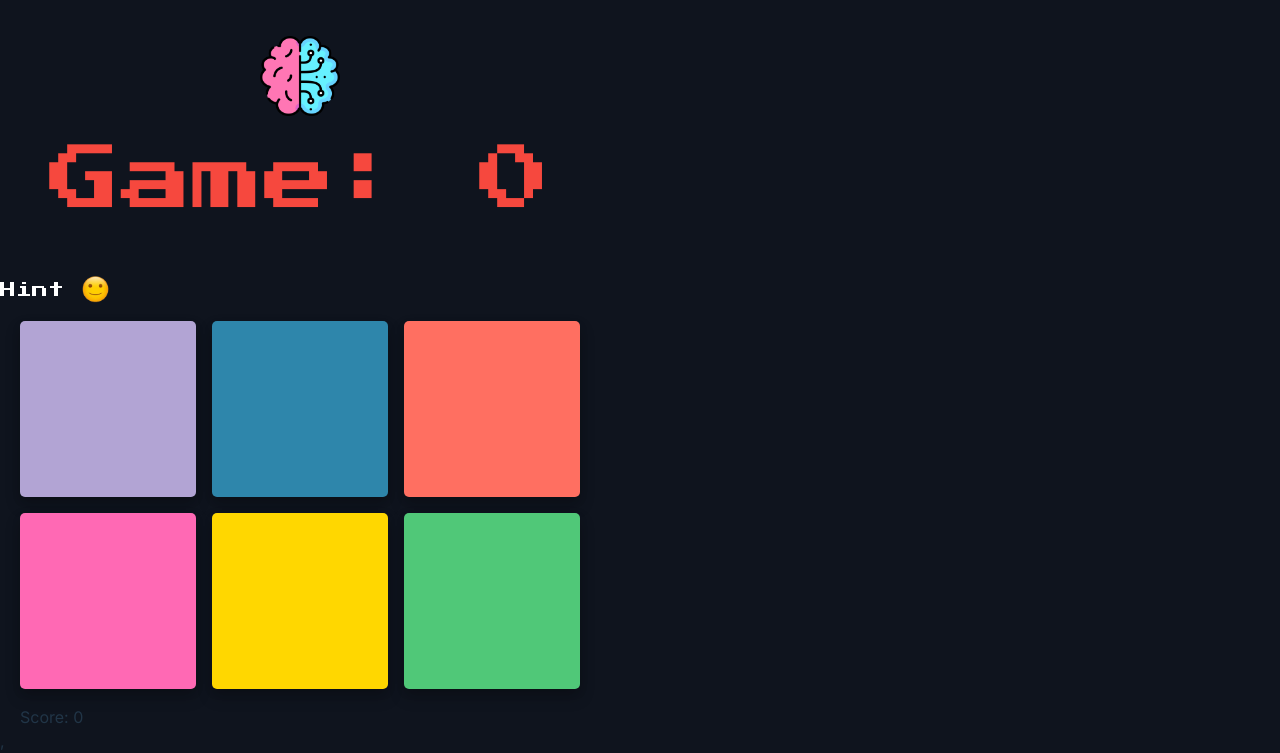
Repository: Shenixo/Color_match_game
Page: /game_play
An editor plug-in stored every save of this project. The page is shown before and after a run of saves, followed by the edit.
The browser window is 1280 px wide. The pictures show the whole page.
The project was rebuilt for these pictures with package versions that can differ from the ones it lists, and the page was loaded fresh each time. Also part of the build but not shown: vite.config.js, src/Components/Tab/Tab.css, src/Components/Tab/Tab.jsx, src/Pages/Home/Home.jsx, src/Pages/Rules/Rules.css, src/Pages/Rules/Rules.jsx, src/Pages/Sound/Sound.jsx, src/Components/ChosenColorDisplay/ChosenColorDisplay.jsx. Imported but missing from the stored project, and not drawn on this page: src/assets/button_clicks.wav, src/assets/game_theme_sound.mp4.

Above is the page before, as saved 2025-02-04 02:18:06.

### index.html
<!DOCTYPE html>
<html lang="en">
  <head>
    <meta charset="UTF-8" />
    <link rel="icon" type="image/svg+xml" href="/vite.svg" />
    <meta name="viewport" content="width=device-width, initial-scale=1.0" />
    <link rel="preconnect" href="https://fonts.googleapis.com" />
    <link rel="preconnect" href="https://fonts.gstatic.com" crossorigin />
    <link rel="preconnect" href="https://fonts.googleapis.com">
<link rel="preconnect" href="https://fonts.gstatic.com" crossorigin>
<link href="https://fonts.googleapis.com/css2?family=Inter:ital,opsz,wght@0,14..32,100..900;1,14..32,100..900&family=Poppins:ital,wght@0,100;0,200;0,300;0,400;0,500;0,600;0,700;0,800;0,900;1,100;1,200;1,300;1,400;1,500;1,600;1,700;1,800;1,900&family=Press+Start+2P&display=swap" rel="stylesheet">
    <title>Color Match</title>
  </head>
  <body>
    <div id="root"></div>
    <script type="module" src="/src/main.jsx"></script>
  </body>
</html>

### src/App.jsx
import { Route, Routes } from "react-router-dom";
import "./App.css";
import Home from "./Pages/Home/Home";
import Rules from "./Pages/Rules/Rules";
import Sound from "./Pages/Sound/Sound";
import GamePlay from "./Pages/GamePlay/GamePlay";

function App() {
  return (
    <div>
      <Routes>
        <Route path="/" element={<Home />} />
        <Route path="/game_play" element={<GamePlay/>}/>
        <Route path="/rules" element={<Rules />} />
        <Route path="/sound" element={<Sound />} />
      </Routes>
    </div>
  );
}

export default App;

### src/App.css
*{
  padding: 0;
  margin: 0;
  box-sizing: border-box;
  font-family: "Inter", serif;
}
body{
  background: #0f141e;
}

### src/Pages/GamePlay/GamePlay.jsx
import {Card, listenForScoreUpdates } from "../../Components/Card/Card"
import Title from "../../Components/Title/Title"
import "./GamePlay.css"
import ScoreNdColorBox from "../../Components/ScoreNdColorBox/ScoreNdColorBox"
import { useEffect, useState } from "react"

const GamePlay = () => {
  const [score, setScore] = useState(0);
  useEffect(() => {
    listenForScoreUpdates(setScore);
  }, []);
  return (
    <div>
      <div className="container">
        <Title content={`Game: ${score}`} />
        <div className="game-tab">
        <ScoreNdColorBox/>
        </div>
        <Card/>
      </div>
    </div>
  )
}

export default GamePlay

### src/Components/Title/Title.jsx
/* eslint-disable react/prop-types */
import "./Title.css"
import brain from "../../assets/brain.png"
import { Link } from "react-router-dom"
import { TabClick } from "../../Components/Sound/Sound";
const Title = ({content}) => {
  return (
    <div className="title">
          <h1>{content}</h1>
          <Link to="/">
          <img src={brain} onClick={TabClick} alt="Brain image" width={80} />
          </Link>
    </div>
  )
}

export default Title

### src/Pages/Home/Home.css
.home{
    width: 100%;
    max-height: 100svh;
}
.container{
    display: flex;
    align-items: center;
    justify-content: center;
    margin-top: 6%;
    flex-direction: column;
    gap: 1rem;
}

### src/Components/Sound/Sound.jsx
import Game_sound from "../../assets/game_theme_sound.mp4";
import Tab_sound from "../../assets/button_clicks.wav";

let game_theme = new Audio(Game_sound);
game_theme.loop = true;
const GameTheme = () => {
  if (game_theme.paused) {
    game_theme.play();
  } else {
    game_theme.pause();
    game_theme.currentTime = 0;
  }
};


const TabClick = () => {
  const tab_clicks = new Audio(Tab_sound)
  tab_clicks.play()
}
export { GameTheme, TabClick };

### src/Components/Card/Card.jsx
import { useState, useEffect } from "react";
import "./Card.css";
import { TabClick } from "../../Components/Sound/Sound";

const fineColors = [
  "#2E86AB",
  "#FF6F61",
  "#50C878",
  "#B2A4D4",
  "#FFD700",
  "#FF69B4",
];

let score = 0;
const setGlobalScore = (newScore) => {
  score = newScore;
  document.dispatchEvent(new CustomEvent("scoreUpdated", { detail: score }));
};

const Card = () => {
  const cardArr = Array.from({ length: 6 });
  const [shuffledColors, setShuffledColors] = useState([...fineColors]);
  const [localScore, setLocalScore] = useState(score);
  const [chosenColor, setChosenColor] = useState(null);
  const [clickEnabled, setClickEnabled] = useState(false);
  const [showHint, setShowHint] = useState(true);

  useEffect(() => {
    startNewRound();
  }, []);

  const startNewRound = () => {
    setClickEnabled(false);
    setShowHint(true);

    const randomColor = fineColors[Math.floor(Math.random() * fineColors.length)];
    setChosenColor(randomColor);

    // Dispatch the chosen color event
    document.dispatchEvent(new CustomEvent("colorChosen", { detail: randomColor }));

    setTimeout(() => {
      const shuffled = [...fineColors].sort(() => Math.random() - 0.5);
      setShuffledColors(shuffled);
      setClickEnabled(true);
      setShowHint(false);
    }, 4000);
  };

  const handleWinState = () => {
    setLocalScore((prev) => {
      const newScore = prev + 1;
      setGlobalScore(newScore);
      return newScore;
    });
  };

  const handleLoseState = () => {
    setLocalScore((prev) => {
      const newScore = prev - 1;
      setGlobalScore(newScore);
      return newScore;
    });
  };

  const handleCheckPlayerClick = (clickedIndex) => {
    if (!clickEnabled) return;

    const clickedColor = shuffledColors[clickedIndex];

    if (clickedColor === chosenColor) {
      handleWinState();
    } else {
      handleLoseState();
    }

    TabClick();
    setClickEnabled(false);

    setTimeout(() => {
      startNewRound();
    }, 1000);
  };

  return (
    <div className="card">
      {cardArr.map((_, idx) => (
        <button
          onClick={() => handleCheckPlayerClick(idx)}
          className={showHint && shuffledColors[idx] === chosenColor ? "chosen_card" : ""}
          style={{ background: shuffledColors[idx] }}
          key={idx}
          disabled={!clickEnabled}
        />
      ))}
      <p>Score: {localScore}</p>
    </div>
  );
};

export { Card, setGlobalScore };

export const listenForScoreUpdates = (callback) => {
  document.addEventListener("scoreUpdated", (event) => {
    callback(event.detail);
  });
};

### src/Pages/GamePlay/GamePlay.css
.game-tab{
    display: flex;
    align-items: center;
    justify-content: space-between;
    width: 600px;
}

### src/Components/ScoreNdColorBox/ScoreNdColorBox.jsx
import ChosenColor from "../ChosenColorDisplay/ChosenColorDisplay"
import sadEmoji from "../../assets/emoji.png"
import "./ScoreNdColorBox.css";
const ScoreNdColorBox = () => {

  return (
    <div className="score_nd_color_box">
      <div className="target_card">
        <p>Hint</p>
        <img style={{marginLeft: "-10"}} src={sadEmoji} width={30} alt="Sad emoji" />
        {/* <ChosenColor/> */}
      </div>
    </div>
  );
};

export default ScoreNdColorBox;

### src/Components/Title/Title.css
.title {
  display: flex;
  align-items: center;
  gap: 1rem;
  color: #f6483e;
  font-size: 1.4rem;
  margin-bottom: 2.5rem;
  flex-direction: column-reverse;
}
.title h1 {
  font-family: "Press Start 2P", serif;
}

### src/Components/Card/Card.css
.card {
  display: grid;
  grid-template-columns: 1fr 1fr 1fr;
  gap: 1rem;
  transition: all 0.5s ease-in-out;
  justify-content: center;
  align-items: center;
  position: relative;
}
.card button {
  width: 11rem;
  cursor: pointer;
  height: 11rem;
  border-radius: 5px;
  transition: transform 0.5s ease-in-out, opacity 0.5s ease-in-out;
  box-shadow: 0px 8px 16px rgba(0, 0, 0, 0.2), 0px 4px 8px rgba(0, 0, 0, 0.1);
  transition: .5s;
  border: none;
}
.card div:active{
  scale: .85;
}

.chosen_card {
  animation: pulse 1.2s 3 ease-in-out;
}

@keyframes pulse {
  0% {
    transform: scale(1);
  }
  50% {
    transform: scale(1.1);
  }
  100% {
    transform: scale(1);
  }
}

.card.collapse div {
  transform: scale(0.1) translate(-50%, -50%);
  opacity: 0;
}

.card.spread div {
  transform: scale(1) translate(0, 0);
  opacity: 1;
}

@media only screen and (max-width: 880px) {
  .card {
    grid-template-columns: 1fr 1fr;
  }
}

### src/Components/ScoreNdColorBox/ScoreNdColorBox.css

.random_card{
    border-radius: 5px;
    height: 2.4rem;
    width: 2.4rem;
}
.target_card{
    display: flex;
    align-items: center;
    gap: 1rem;
    font-size: 1rem;
    color: white;
}
.target_card p{
    font-family: "Press Start 2P", serif;

}

Loaded but not shown: src/main.jsx (common file); src/index.css (common file)

After the next 2 saves:
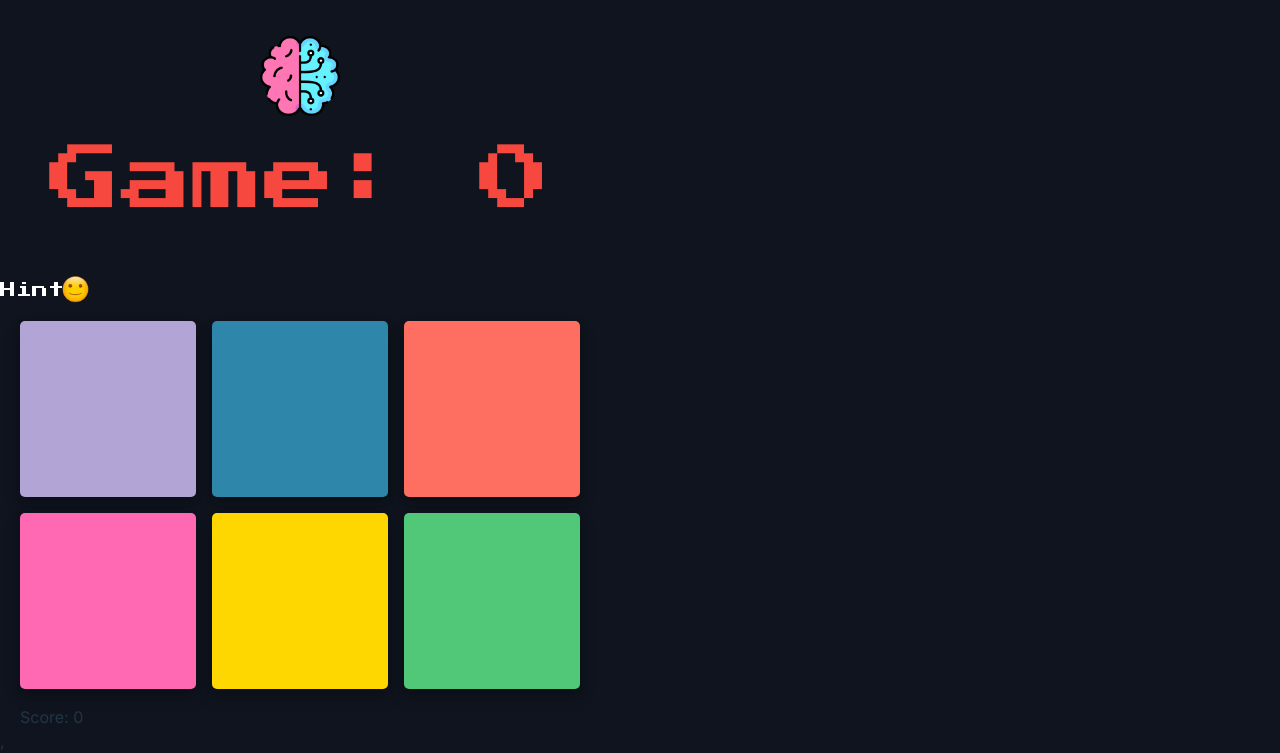
The 2 saves are shown as one change because they came seconds apart.
The last was saved 8 s later.
--- a/src/Components/ScoreNdColorBox/ScoreNdColorBox.jsx
+++ b/src/Components/ScoreNdColorBox/ScoreNdColorBox.jsx
@@ -7,7 +7,7 @@ const ScoreNdColorBox = () => {
     <div className="score_nd_color_box">
       <div className="target_card">
         <p>Hint</p>
-        <img style={{marginLeft: "-10"}} src={sadEmoji} width={30} alt="Sad emoji" />
+        <img style={{marginLeft: "-20px"}} src={sadEmoji} width={30} alt="Sad emoji" />
         {/* <ChosenColor/> */}
       </div>
     </div>
